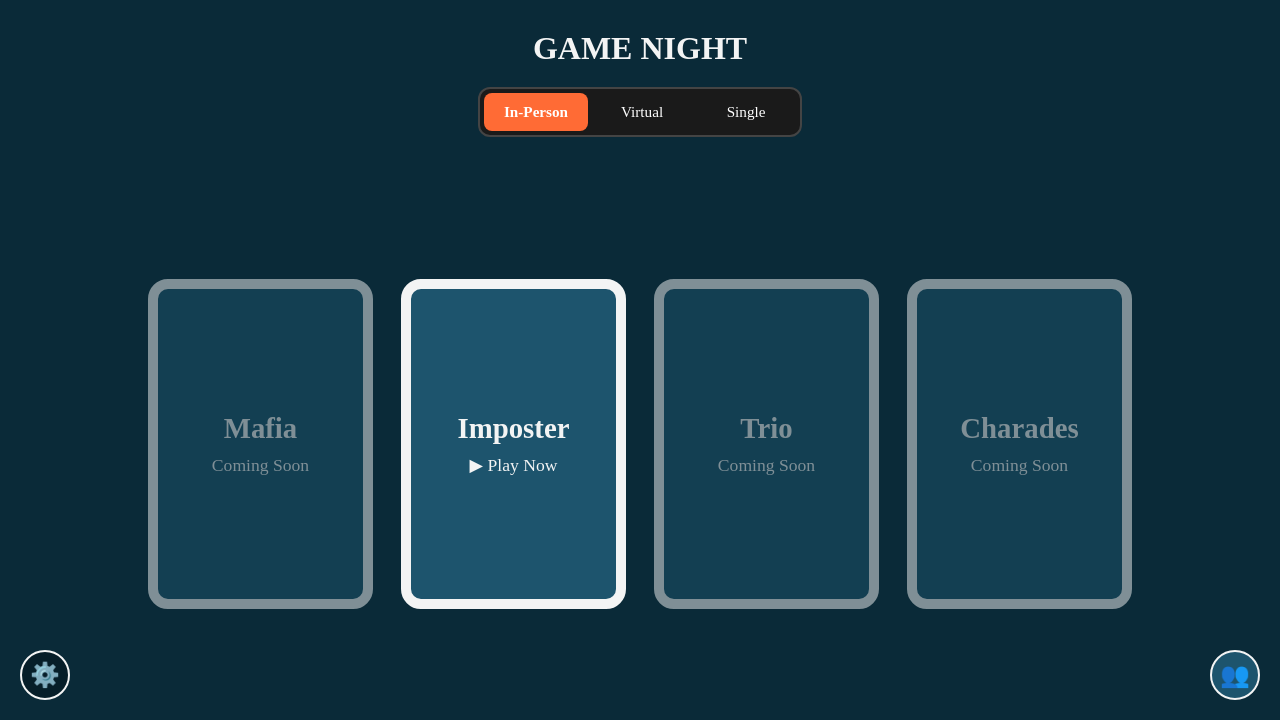
Repository: nfemmanuel/game-night-app
Page: /
An editor plug-in stored every save of this project. The page is shown before and after the next save, followed by the edit.
The browser window is 1280 px wide. The pictures show the whole page.
Some web fonts or font styles are not loaded; a fallback is used. The project was rebuilt for these pictures with package versions that can differ from the ones it lists, and the page was loaded fresh each time. Also part of the build but not shown: src/components/BackButton.jsx, src/components/HelpButton.jsx, src/pages/imposter/ImposterSetup.jsx, src/data/wordList.js, src/pages/imposter/ImposterReveal.jsx, src/pages/imposter/ImposterVoting.jsx, src/components/uno/UnoCard.jsx, src/logic/uno/Card.js and 18 more.

Above is the page before, as saved 2026-01-13 12:01:16.

### public/index.html
<!DOCTYPE html>
<html lang="en">

<head>
  <meta charset="utf-8" />
  <link rel="icon" href="%PUBLIC_URL%/favicon.ico" />
  <meta name="viewport" content="width=device-width, initial-scale=1, maximum-scale=1, user-scalable=no" />
  <meta name="theme-color" content="#000000" />
  <meta name="description" content="Game Night - Party Games" />
  <link rel="apple-touch-icon" href="%PUBLIC_URL%/logo192.png" />
  <link rel="manifest" href="%PUBLIC_URL%/manifest.json" />

  <!-- Google Fonts -->
  <link rel="preconnect" href="https://fonts.googleapis.com">
  <link rel="preconnect" href="https://fonts.gstatic.com" crossorigin>
  <link href="https://fonts.googleapis.com/css2?family=Love+Ya+Like+A+Sister&family=Piedra&display=swap"
    rel="stylesheet">

  <title>Game Night</title>
</head>

<body>
  <noscript>You need to enable JavaScript to run this app.</noscript>
  <div id="root"></div>
</body>

</html>

### src/styles/global.css
/* Import Google Fonts */
@import url('https://fonts.googleapis.com/css2?family=Love+Ya+Like+A+Sister&family=Piedra&display=swap');

* {
    margin: 0;
    padding: 0;
    box-sizing: border-box;
}

body {
    font-family: 'Love Ya Like A Sister', cursive;
    -webkit-font-smoothing: antialiased;
    -moz-osx-font-smoothing: grayscale;
    color: white;
    overflow-x: hidden;
}

h1,
h2,
h3,
h4,
h5,
h6,
.page-title {
    font-family: 'Piedra', cursive;
}

button {
    font-family: 'Love Ya Like A Sister', cursive;
    border: none;
    border-radius: 5px;
    cursor: pointer;
}

input,
textarea {
    font-family: 'Love Ya Like A Sister', cursive;
}

.page-title {
    font-size: 2.5rem;
}

/* Mobile optimizations */
@media (max-width: 768px) {
    .page-title {
        font-size: 2rem !important;
    }
}

@media (max-width: 480px) {
    .page-title {
        font-size: 1.5rem !important;
    }
}

/* Slide animations for page transitions */
@keyframes slide-in-left {
    from {
        transform: translateX(100%);
        opacity: 0;
    }

    to {
        transform: translateX(0);
        opacity: 1;
    }
}

@keyframes slide-in-right {
    from {
        transform: translateX(-100%);
        opacity: 0;
    }

    to {
        transform: translateX(0);
        opacity: 1;
    }
}

@keyframes slideInLeft {
    from {
        transform: translateX(-100%);
    }

    to {
        transform: translateX(0);
    }
}

### src/contexts/ThemeContext.jsx
import { createContext, useContext, useState } from 'react';

const themes = {
  dark: {
    // Your palette
    primary: '#061E29',
    secondary: '#1D546D',
    tertiary: '#5F9598',
    light: '#F3F4F4',

    // Backgrounds
    bgDark: '#061E29',
    bgMedium: '#0A2A38',
    bgLight: '#1D546D',

    // Text
    textPrimary: '#F3F4F4',
    textSecondary: '#5F9598',
    textDisabled: '#2A5A70',

    // Accents
    accent: '#5F9598',
    accentHover: '#7AB5B8',

    // Semantic
    success: '#5F9598',
    danger: '#D96459',
    warning: '#E8A87C',

    // Card colors (alternating)
    cardColor1: '#5F9598',
    cardColor2: '#1D546D'
  },

  light: {
    primary: '#F3F4F4',
    secondary: '#E8EEF0',
    tertiary: '#5F9598',
    dark: '#061E29',

    bgDark: '#FFFFFF',
    bgMedium: '#F3F4F4',
    bgLight: '#E8EEF0',

    textPrimary: '#061E29',
    textSecondary: '#1D546D',
    textDisabled: '#B0C4C8',

    accent: '#1D546D',
    accentHover: '#2A6B8A',

    success: '#5F9598',
    danger: '#D96459',
    warning: '#E8A87C',

    cardColor1: '#1D546D',
    cardColor2: '#5F9598'
  }
};

const ThemeContext = createContext();

export function ThemeProvider({ children }) {
  const [currentTheme, setCurrentTheme] = useState('dark');

  const theme = themes[currentTheme];

  const toggleTheme = () => {
    setCurrentTheme(prev => prev === 'dark' ? 'light' : 'dark');
  };

  return (
    <ThemeContext.Provider value={{ theme, currentTheme, toggleTheme, themes }}>
      {children}
    </ThemeContext.Provider>
  );
}

export function useTheme() {
  const context = useContext(ThemeContext);
  if (!context) {
    throw new Error('useTheme must be used within ThemeProvider');
  }
  return context;
}

### src/pages/LandingPage.jsx
import { useState } from 'react';
import { useNavigate } from 'react-router-dom';
import { motion, AnimatePresence } from 'framer-motion';
import GameCard from '../components/GameCard';
import ModeSelector from '../components/ModeSelector';
import SettingsButton from '../components/SettingsButton';
import SocialButton from '../components/SocialButton';
import { useTheme } from '../contexts/ThemeContext';
import storageManager from '../utils/StorageManager'; // ADD THIS

function LandingPage() {
    const navigate = useNavigate();
    const { theme } = useTheme();

    // CHANGED: Load saved mode from localStorage
    const [currentMode, setCurrentMode] = useState(() => {
        const savedTabIndex = storageManager.getCurrentTab();
        const modes = ['in-person', 'virtual', 'single'];
        return modes[savedTabIndex] || 'in-person';
    });

    const [direction, setDirection] = useState(0);

    const games = [
        { name: "Mafia", modes: ["in-person"], route: "/mafia-setup", available: false, color: "color1" },
        { name: "Imposter", modes: ["in-person", "virtual"], route: "/imposter-setup", available: true, color: "color2" },
        { name: "Trio", modes: ["in-person", "virtual", "single"], route: "/trio-setup", available: false, color: "color1" },
        { name: "UNO", modes: ["virtual", "single"], route: "/uno-setup", available: true, color: "color2" },
        { name: "UNO: No Mercy", modes: ["virtual", "single"], route: "/uno-nm-setup", available: true, color: "color1" },
        { name: "Charades", modes: ["in-person"], route: "/charades-setup", available: false, color: "color2" }
    ];

    const modes = ['in-person', 'virtual', 'single'];
    const currentIndex = modes.indexOf(currentMode);
    const filteredGames = games.filter(game => game.modes.includes(currentMode));

    const handleClick = (gameName, route) => {
        if (route) {
            navigate(route);
        }
    };

    const paginate = (newDirection) => {
        const newIndex = currentIndex + newDirection;
        if (newIndex >= 0 && newIndex < modes.length) {
            setDirection(newDirection);
            setCurrentMode(modes[newIndex]);
            // ADD THIS: Save to localStorage
            storageManager.saveCurrentTab(newIndex);
        }
    };

    const handleModeChange = (newMode) => {
        const newIndex = modes.indexOf(newMode);
        setDirection(newIndex > currentIndex ? 1 : -1);
        setCurrentMode(newMode);
        // ADD THIS: Save to localStorage
        storageManager.saveCurrentTab(newIndex);
    };

    const variants = {
        enter: (direction) => ({
            x: direction > 0 ? '100%' : '-100%',
            opacity: 0
        }),
        center: {
            x: 0,
            opacity: 1
        },
        exit: (direction) => ({
            x: direction > 0 ? '-100%' : '100%',
            opacity: 0
        })
    };

    const swipeConfidenceThreshold = 10000;
    const swipePower = (offset, velocity) => {
        return Math.abs(offset) * velocity;
    };

    return (
        <div
            className="landing-page"
            style={{
                padding: '20px',
                height: '100vh',
                display: 'flex',
                flexDirection: 'column',
                boxSizing: 'border-box',
                backgroundColor: theme.bgMedium,
                color: theme.textPrimary,
                overflow: 'hidden'
            }}
        >
            {/* SECTION 1: Title */}
            <div style={{
                textAlign: 'center',
                paddingBottom: '10px',
                flexShrink: 0
            }}>
                <h1 style={{ margin: '10px 0', color: theme.textPrimary }}>GAME NIGHT</h1>
            </div>

            {/* SECTION 2: Mode Selector */}
            <div style={{
                textAlign: 'center',
                paddingBottom: '20px',
                flexShrink: 0
            }}>
                <ModeSelector currentMode={currentMode} onModeChange={handleModeChange} />
            </div>

            {/* SECTION 3: Game Cards with Drag-to-Swipe */}
            <div
                style={{
                    flex: 1,
                    display: 'flex',
                    alignItems: 'center',
                    justifyContent: 'center',
                    minHeight: 0,
                    overflow: 'hidden',
                    position: 'relative'
                }}
            >
                <AnimatePresence initial={false} custom={direction} mode="wait">
                    <motion.div
                        key={currentMode}
                        custom={direction}
                        variants={variants}
                        initial="enter"
                        animate="center"
                        exit="exit"
                        transition={{
                            x: { type: "spring", stiffness: 300, damping: 30 },
                            opacity: { duration: 0.4 }
                        }}
                        drag="x"
                        dragConstraints={{ left: 0, right: 0 }}
                        dragElastic={0.2}
                        onDragEnd={(e, { offset, velocity }) => {
                            const swipe = swipePower(offset.x, velocity.x);

                            if (swipe < -swipeConfidenceThreshold) {
                                paginate(1);
                            } else if (swipe > swipeConfidenceThreshold) {
                                paginate(-1);
                            }
                        }}
                        style={{
                            display: 'flex',
                            gap: '8px',
                            justifyContent: 'center',
                            flexWrap: 'wrap',
                            padding: '0 8px',
                            width: '100%',
                            boxSizing: 'border-box',
                            position: 'absolute',
                            cursor: 'grab'
                        }}
                    >
                        {filteredGames.map(game => (
                            <GameCard
                                key={game.name}
                                name={game.name}
                                available={game.available}
                                color={game.color}
                                onClick={() => handleClick(game.name, game.route)}
                            />
                        ))}
                    </motion.div>
                </AnimatePresence>
            </div>

            {/* Settings Button */}
            <SettingsButton />
            <SocialButton />
        </div>
    );
}

export default LandingPage;

### src/components/GameCard.jsx
import styles from './GameCard.module.css';
import { useTheme } from '../contexts/ThemeContext';

function GameCard({ name, available, onClick, color }) {
    const { theme } = useTheme();

    const cardClasses = `${styles.card} ${available ? styles.available : styles.disabled}`;

    const backgroundColor = available
        ? (color === 'color1' ? theme.cardColor1 : theme.cardColor2)
        : theme.bgLight;

    return (
        <div
            className={cardClasses}
            onClick={available ? onClick : null}
            style={{
                backgroundColor: backgroundColor,
                borderColor: theme.light,
                color: theme.textPrimary
            }}
        >
            <div className={styles.cardName}>{name}</div>
            <div className={styles.cardAvailable}>
                {available ? '▶ Play Now' : 'Coming Soon'}
            </div>
        </div>
    );
}

export default GameCard;

### src/components/ModeSelector.jsx
function ModeSelector({ currentMode, onModeChange }) {
    const modes = [
        { id: 'in-person', label: 'In-Person' },
        { id: 'virtual', label: 'Virtual' },
        { id: 'single', label: 'Single' }
    ];

    return (
        <div style={{
            display: 'flex',
            justifyContent: 'center',
            marginBottom: '30px',
            flexShrink: 0
        }}>
            <div style={{
                display: 'flex',
                backgroundColor: '#1a1a1a',
                borderRadius: '12px',
                padding: '4px',
                border: '2px solid #444',
                gap: '4px'
            }}>
                {modes.map(mode => (
                    <button
                        key={mode.id}
                        onClick={() => onModeChange(mode.id)}
                        style={{
                            padding: '10px 20px',
                            fontSize: '0.95rem',
                            backgroundColor: currentMode === mode.id ? '#FF6B35' : 'transparent',
                            color: 'white',
                            border: 'none',
                            borderRadius: '8px',
                            cursor: 'pointer',
                            transition: 'all 0.3s ease',
                            fontFamily: 'inherit',
                            fontWeight: currentMode === mode.id ? 'bold' : 'normal',
                            minWidth: '100px',
                            whiteSpace: 'nowrap'
                        }}
                    >
                        {mode.label}
                    </button>
                ))}
            </div>
        </div>
    );
}

export default ModeSelector;

### src/components/SettingsButton.jsx
import { useState } from 'react';
import { motion, AnimatePresence } from 'framer-motion';
import { useTheme } from '../contexts/ThemeContext';

function SettingsButton() {
    const [isOpen, setIsOpen] = useState(false);
    const { theme, currentTheme, toggleTheme } = useTheme();

    return (
        <>
            {/* Settings Icon - Bottom Left */}
            <button
                onClick={() => setIsOpen(true)}
                style={{
                    position: 'fixed',
                    bottom: '20px',
                    left: '20px',
                    width: '50px',
                    height: '50px',
                    borderRadius: '50%',
                    backgroundColor: theme.bgDark,
                    border: `2px solid ${theme.light}`,
                    color: theme.textPrimary,
                    fontSize: '1.5rem',
                    cursor: 'pointer',
                    zIndex: 1000,
                    display: 'flex',
                    alignItems: 'center',
                    justifyContent: 'center',
                    transition: 'transform 0.2s ease',
                }}
                onMouseEnter={(e) => e.currentTarget.style.transform = 'scale(1.1)'}
                onMouseLeave={(e) => e.currentTarget.style.transform = 'scale(1)'}
            >
                ⚙️
            </button>

            {/* Settings Drawer with Animation */}
            <AnimatePresence>
                {isOpen && (
                    <>
                        {/* Backdrop */}
                        <motion.div
                            initial={{ opacity: 0 }}
                            animate={{ opacity: 1 }}
                            exit={{ opacity: 0 }}
                            transition={{ duration: 0.3 }}
                            onClick={() => setIsOpen(false)}
                            style={{
                                position: 'fixed',
                                top: 0,
                                left: 0,
                                right: 0,
                                bottom: 0,
                                backgroundColor: 'rgba(0, 0, 0, 0.5)',
                                zIndex: 1001
                            }}
                        />

                        {/* Drawer */}
                        <motion.div
                            initial={{ x: '-100%' }}
                            animate={{ x: 0 }}
                            exit={{ x: '-100%' }}
                            transition={{ type: 'spring', damping: 25, stiffness: 200 }}
                            style={{
                                position: 'fixed',
                                left: 0,
                                top: 0,
                                bottom: 0,
                                width: '300px',
                                maxWidth: '80vw',
                                backgroundColor: theme.bgMedium,
                                padding: '20px',
                                zIndex: 1002,
                                boxShadow: '2px 0 10px rgba(0,0,0,0.5)',
                                color: theme.textPrimary
                            }}
                        >
                            <div style={{
                                display: 'flex',
                                justifyContent: 'space-between',
                                alignItems: 'center',
                                marginBottom: '30px'
                            }}>
                                <h2 style={{ margin: 0, color: theme.textPrimary }}>Settings</h2>
                                <button
                                    onClick={() => setIsOpen(false)}
                                    style={{
                                        background: 'none',
                                        border: 'none',
                                        color: theme.textPrimary,
                                        fontSize: '1.5rem',
                                        cursor: 'pointer',
                                        padding: '0'
                                    }}
                                >
                                    ✕
                                </button>
                            </div>

                            {/* Theme Toggle Setting */}
                            <div style={{
                                backgroundColor: theme.bgDark,
                                padding: '15px',
                                borderRadius: '10px',
                                marginBottom: '15px',
                                border: `2px solid ${theme.secondary}`
                            }}>
                                <div style={{
                                    display: 'flex',
                                    justifyContent: 'space-between',
                                    alignItems: 'center',
                                    marginBottom: '10px'
                                }}>
                                    <span style={{
                                        fontSize: '1.1rem',
                                        fontWeight: 'bold',
                                        color: theme.textPrimary
                                    }}>
                                        Theme
                                    </span>
                                    <span style={{
                                        fontSize: '0.9rem',
                                        color: theme.textSecondary
                                    }}>
                                        {currentTheme === 'dark' ? '🌙 Dark' : '☀️ Light'}
                                    </span>
                                </div>

                                <button
                                    onClick={toggleTheme}
                                    style={{
                                        width: '100%',
                                        padding: '12px',
                                        fontSize: '1rem',
                                        backgroundColor: theme.accent,
                                        color: theme.textPrimary,
                                        border: 'none',
                                        borderRadius: '5px',
                                        cursor: 'pointer',
                                        fontFamily: 'inherit',
                                        transition: 'all 0.3s ease'
                                    }}
                                    onMouseEnter={(e) => e.currentTarget.style.backgroundColor = theme.accentHover}
                                    onMouseLeave={(e) => e.currentTarget.style.backgroundColor = theme.accent}
                                >
                                    Switch to {currentTheme === 'dark' ? 'Light' : 'Dark'} Mode
                                </button>
                            </div>

                            {/* More Settings Coming Soon */}
                            <div style={{
                                backgroundColor: theme.bgDark,
                                padding: '15px',
                                borderRadius: '10px',
                                border: `2px solid ${theme.secondary}`,
                                opacity: 0.5
                            }}>
                                <p style={{
                                    margin: 0,
                                    color: theme.textSecondary,
                                    fontSize: '0.9rem'
                                }}>
                                    More settings coming soon...
                                </p>
                            </div>
                        </motion.div>
                    </>
                )}
            </AnimatePresence>
        </>
    );
}

export default SettingsButton;

### src/components/GameCard.module.css
.card {
    width: 225px;
    aspect-ratio: 225 / 330;
    padding: 30px;
    margin: 10px;
    border-radius: 20px;
    border: 10px solid white;
    text-align: center;
    transition: all 0.3s ease;
    display: flex;
    flex-direction: column;
    justify-content: center;
    align-items: center;
}

.cardName {
    font-size: 1.8rem;
    font-weight: bold;
    margin: 0;
    line-height: 1.2;
}

.cardAvailable {
    font-size: 1.1rem;
    margin: 10px 0 0 0;
}

.available {
    cursor: pointer;
}

.available:hover {
    transform: scale(1.05);
    filter: brightness(1.2);
}

.disabled {
    cursor: not-allowed;
    opacity: 0.5;
}

/* Mobile: 3 cards per row */
@media (max-width: 768px) {
    .card {
        width: calc(33.333% - 10px);
        aspect-ratio: 225 / 330;
        padding: 3vw;
        margin: 5px;
        border-width: 5px;
        border-radius: 12px;
    }

    .cardName {
        font-size: 0.65rem;
        font-weight: bold;
        margin-bottom: 5px;
        line-height: 1.1;
    }

    .cardStatus {
        font-size: 0.5rem;
        margin-top: 5px;
    }
}

@media (max-width: 480px) {
    .card {
        width: calc(30% - 8px);
        aspect-ratio: 225 / 330;
        padding: 2.5vw;
        margin: 4px;
        border-width: 4px;
    }

    .cardName {
        font-size: 1rem;
        font-weight: bold;
        margin-bottom: 3px;
        line-height: 1;
        word-wrap: break-word;
        overflow-wrap: break-word;
    }

    .cardStatus {
        font-size: 0.6rem;
        margin-top: 3px;
        white-space: nowrap;
    }
}

Loaded but not shown: src/utils/StorageManager.js (373 lines, source omitted); src/App.js (51 lines, source omitted); src/index.js (14 lines, source omitted); src/components/SocialButton.jsx (193 lines, source omitted)

After the next save:
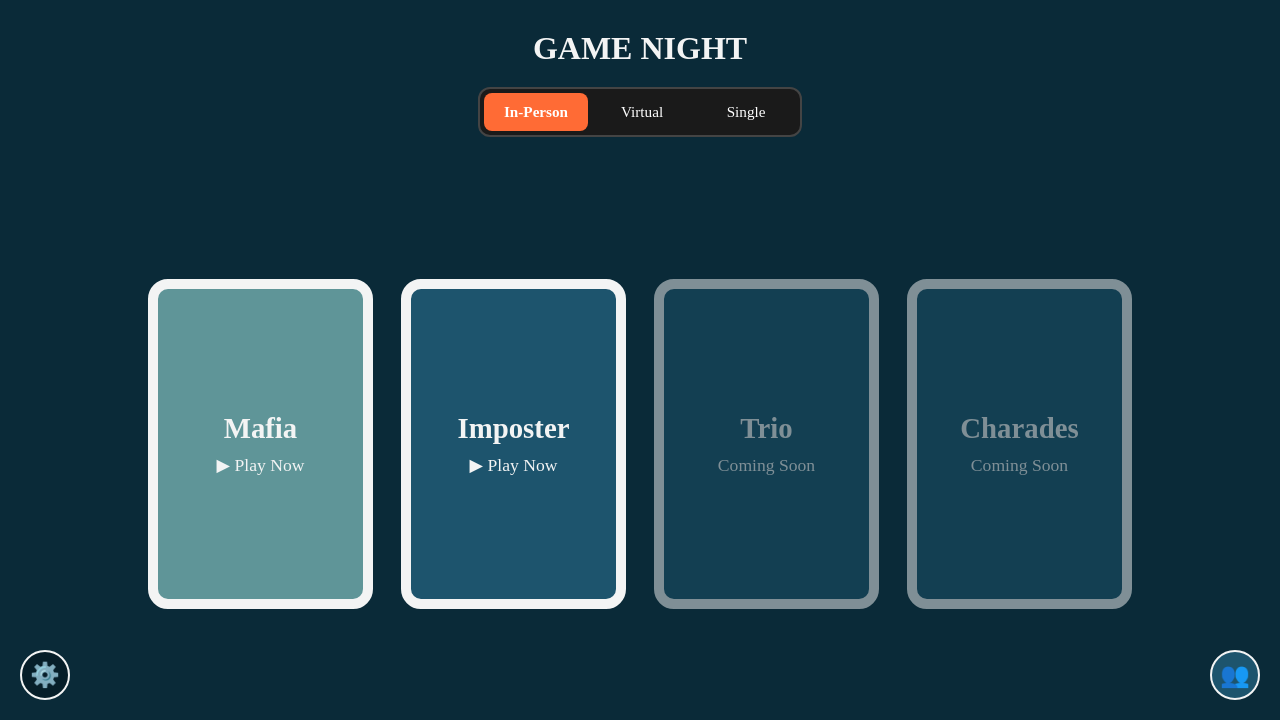
Saved 23 s later.
--- a/src/pages/LandingPage.jsx
+++ b/src/pages/LandingPage.jsx
@@ -22,7 +22,7 @@ function LandingPage() {
     const [direction, setDirection] = useState(0);
 
     const games = [
-        { name: "Mafia", modes: ["in-person"], route: "/mafia-setup", available: false, color: "color1" },
+        { name: "Mafia", modes: ["in-person"], route: "/mafia-setup", available: true, color: "color1" },
         { name: "Imposter", modes: ["in-person", "virtual"], route: "/imposter-setup", available: true, color: "color2" },
         { name: "Trio", modes: ["in-person", "virtual", "single"], route: "/trio-setup", available: false, color: "color1" },
         { name: "UNO", modes: ["virtual", "single"], route: "/uno-setup", available: true, color: "color2" },
